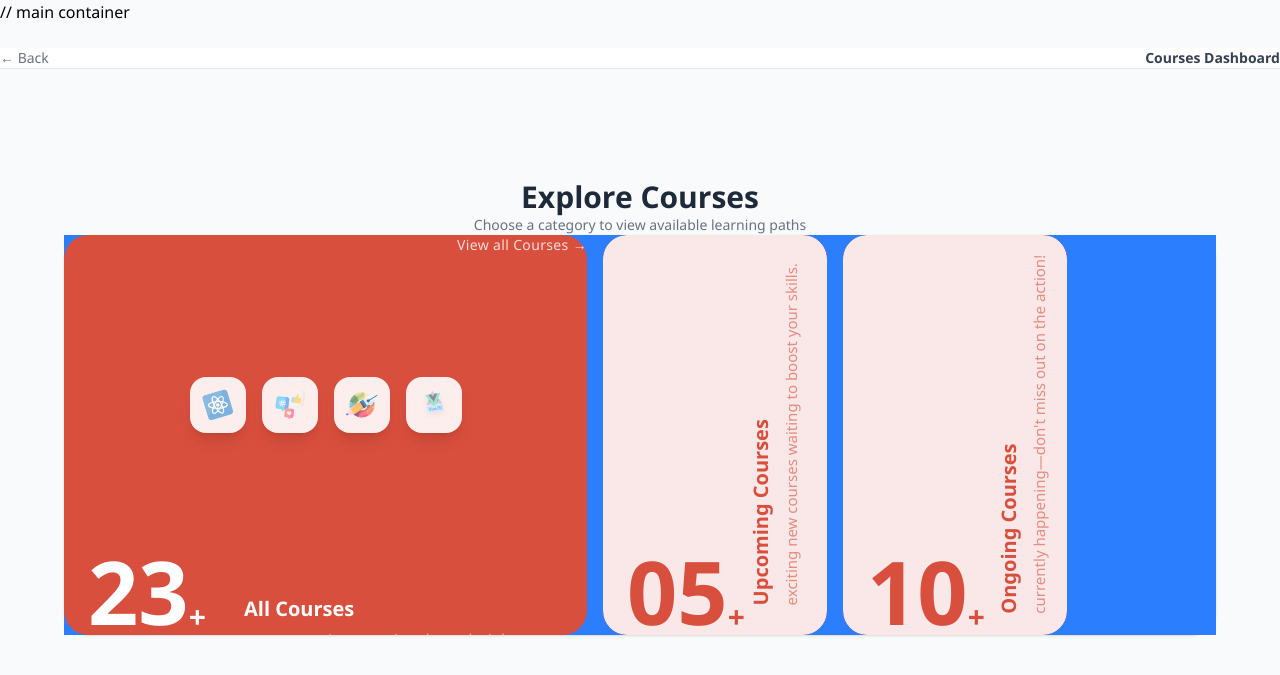
Repository: RahulRajKhadka/nextjs-dashboard-app
Page: /task2
These files come from the project's save history. The page is drawn as it stood at one moment and after the next save; the edit follows.
The browser window is 1280 px wide. The pictures show the whole page.
The project was rebuilt for these pictures with package versions that can differ from the ones it lists, and the page was loaded fresh each time. The framework's server and built-in components were replaced by stand-ins that run in the browser. Also part of the build but not shown: next.config.ts.

Above is the page before, as saved 2026-04-10 15:33:44.

After the next save:
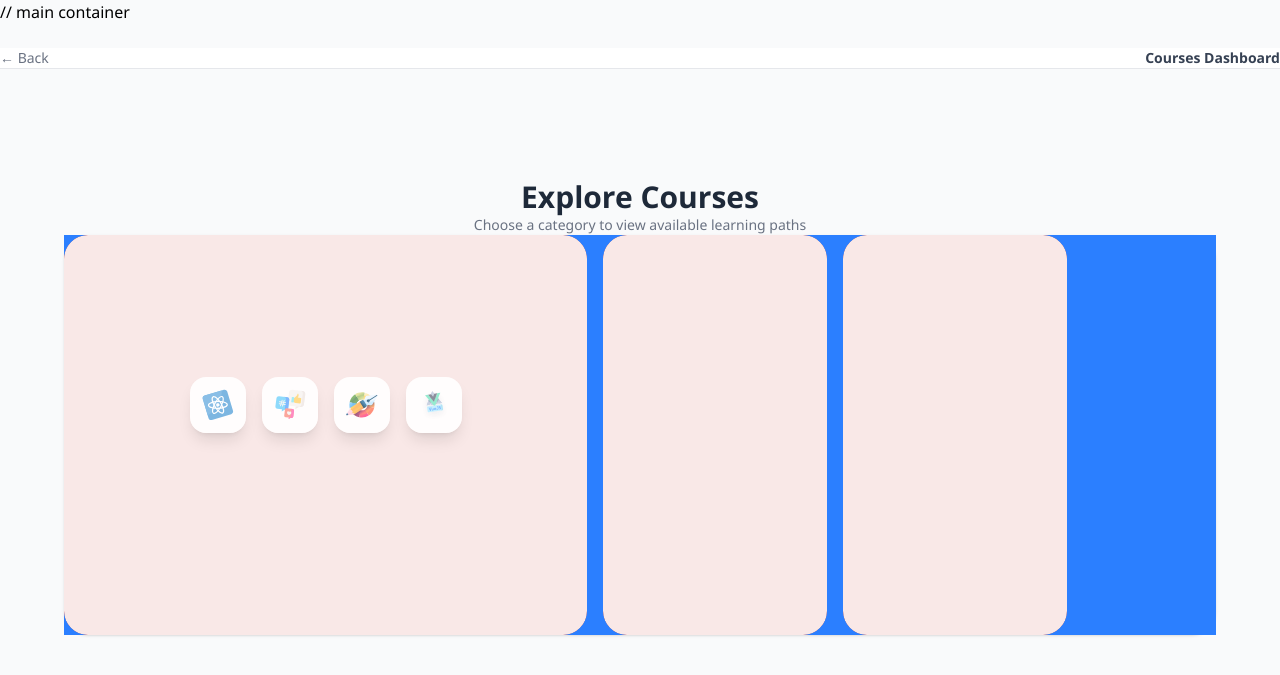
Saved 5 min 16 s later.
--- a/src/components/task2/CourseCard.tsx
+++ b/src/components/task2/CourseCard.tsx
@@ -160,42 +160,6 @@ export default function CourseCard({
         }}
       />
 
-      {/* NUMBER — always bottom-left */}
-      <div className="absolute bottom-0 left-6 z-[3] flex items-end p-4 pointer-events-none">
-        <div ref={numberRef} className="flex items-end" style={{ color: course.textColor }}>
-          <span
-            className="font-black leading-none"
-            style={{
-              fontSize: "clamp(3.5rem,7vw,5.5rem)",
-              color: "inherit",
-            }}
-          >
-            {String(course.count).padStart(2, "0")}
-          </span>
-          <span className="font-black text-3xl mb-2 ml-1" style={{ color: "inherit" }}>
-            +
-          </span>
-        </div>
-      </div>
-
-      {/* SINGLE LABEL — starts centered, rotates and moves on expand */}
-      <div className="absolute  inset-0 z-[4]  flex items-center  pointer-events-none">
-        <div
-          ref={collapsedLabelRef}
-          className="flex flex-col gap-1"
-          style={{
-            transform: "rotate(-90deg)",
-            color: course.textColor,
-          }}
-        >
-          <span className="font-bold text-[20px] whitespace-nowrap" style={{ color: "inherit" }}>
-            {course.label}
-          </span>
-          <p className="text-[15px] opacity-60 whitespace-nowrap" style={{ color: "inherit" }}>
-            {course.sublabel}
-          </p>
-        </div>
-      </div>
 
       {/* EXPANDED VIEW — topbar + icons only */}
       <div
